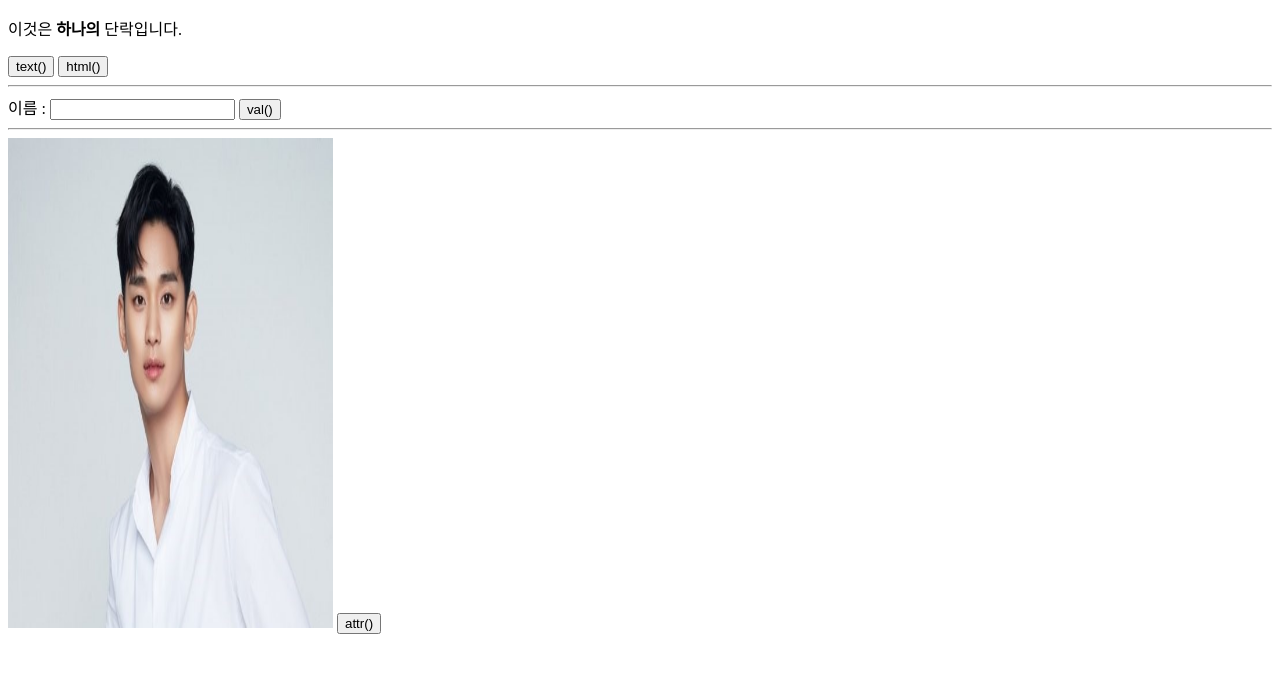
Repository: gpqls12321/public
Page: javascript_jquery/WebContent/jQuery_ex03.html
An editor plug-in stored every save of this project. The page is shown before and after the next save, followed by the edit.
The browser window is 1280 px wide. The pictures show the whole page.

Above is the page before, as saved 2021-04-15 05:05:56.

### javascript_jquery/WebContent/jQuery_ex03.html
<!DOCTYPE html>
<html>
<head>
<meta charset="UTF-8">
<title>Insert title here</title>
<script type="text/javascript" src="js/jQuery3.x/jquery-3.6.0.js"></script>
<script type="text/javascript">
	$(document).ready(function() {

		$("#text").click(function() {
			alert($("#target").text());
		});

		$("#html").click(function() {
			alert($("#target").html());
		});

		$("#val").click(function() {
			alert($("#irum").val());
			console.log($("#irum").val());
		});

		$("#attr").click(function() {
			alert($("#kim").attr("src"));
		});
	});
</script>
</head>
<body>
	<p id="target">이것은 <strong>하나의</strong> 단락입니다.</p>
	<button id="text">text()</button>
	<button id="html">html()</button>
	<hr>
	이름 : <input type="text" id="irum">
	<button id="val">val()</button>
	<hr>
	<img id="kim" alt="김수현" src="images/김수현01.jpg" width="325px;" height="490px;">
	<button id="attr">attr()</button>
</body>
</html>

Loaded but not shown: javascript_jquery/WebContent/js/jQuery3.x/jquery-3.6.0.js (library)

After the next save:
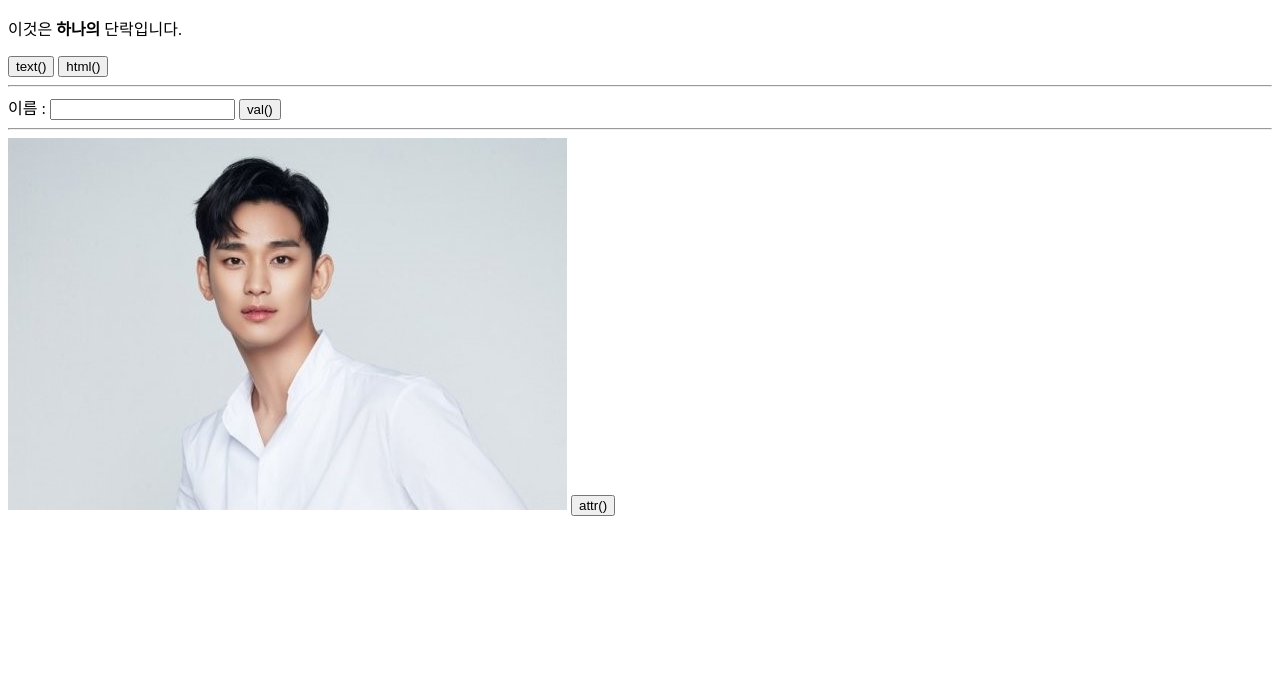
Saved 17 s later.
--- a/javascript_jquery/WebContent/jQuery_ex03.html
+++ b/javascript_jquery/WebContent/jQuery_ex03.html
@@ -34,7 +34,7 @@
 	이름 : <input type="text" id="irum">
 	<button id="val">val()</button>
 	<hr>
-	<img id="kim" alt="김수현" src="images/김수현01.jpg" width="325px;" height="490px;">
+	<img id="kim" alt="김수현" src="images/김수현01.jpg" width="559px;" height="372px;">
 	<button id="attr">attr()</button>
 </body>
 </html>
